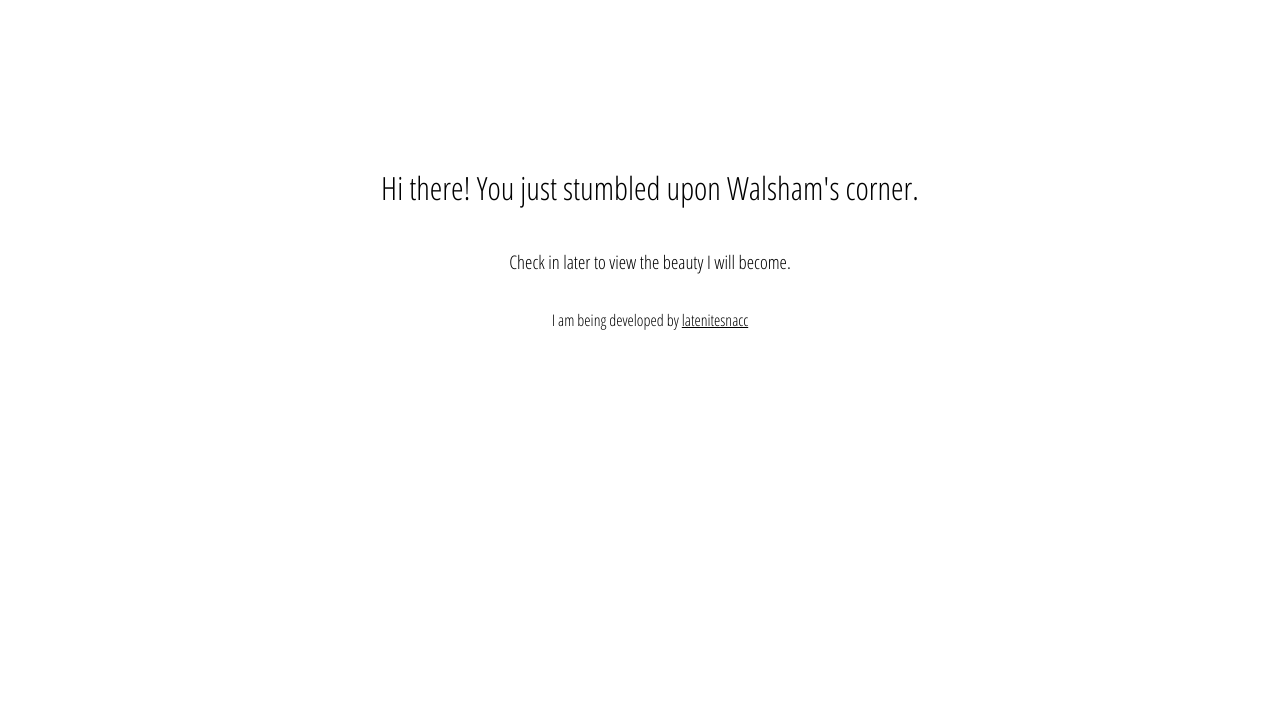
Repository: latenightsnacc/Coming-Soon-Pages
Page: index.html
The author's editor kept a copy of each file at every save. The page is drawn from the files as they stood at one save, then again after the next save.
The browser window is 1280 px wide. The pictures show the whole page.

Above is the page before, as saved 2020-10-13 16:02:35.

After the next save:
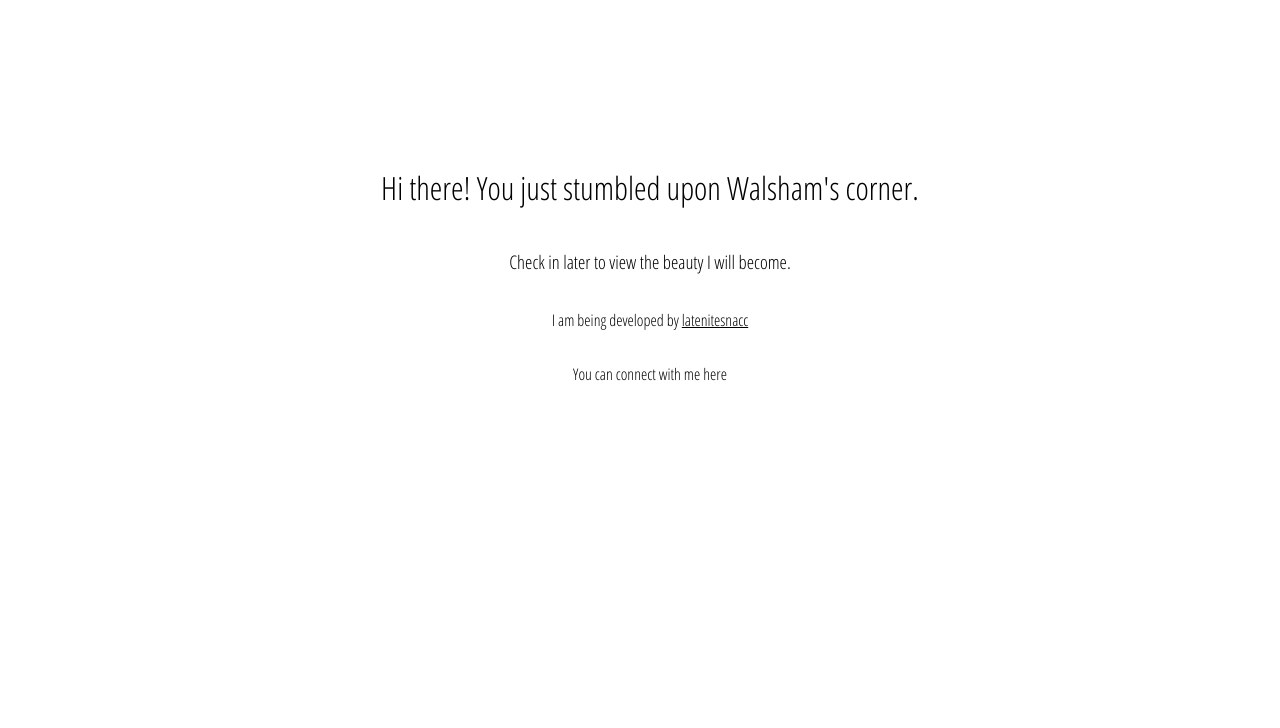
Saved 4 min 38 s later.
--- a/index.html
+++ b/index.html
@@ -40,6 +40,7 @@
         <h1>Hi there! You just stumbled upon Walsham's corner.</h1>
         <h3>Check in later to view the beauty I will become.</h3>
         <p>I am being developed by <a href="mailto:egonubuchi97@gmail.com">latenitesnacc</a> </p>
+        <p>You can connect with me here <a href=""><i class="fa fa-twitter" aria-hidden="true"></i></a></p>
 
     </div>
 </body>
